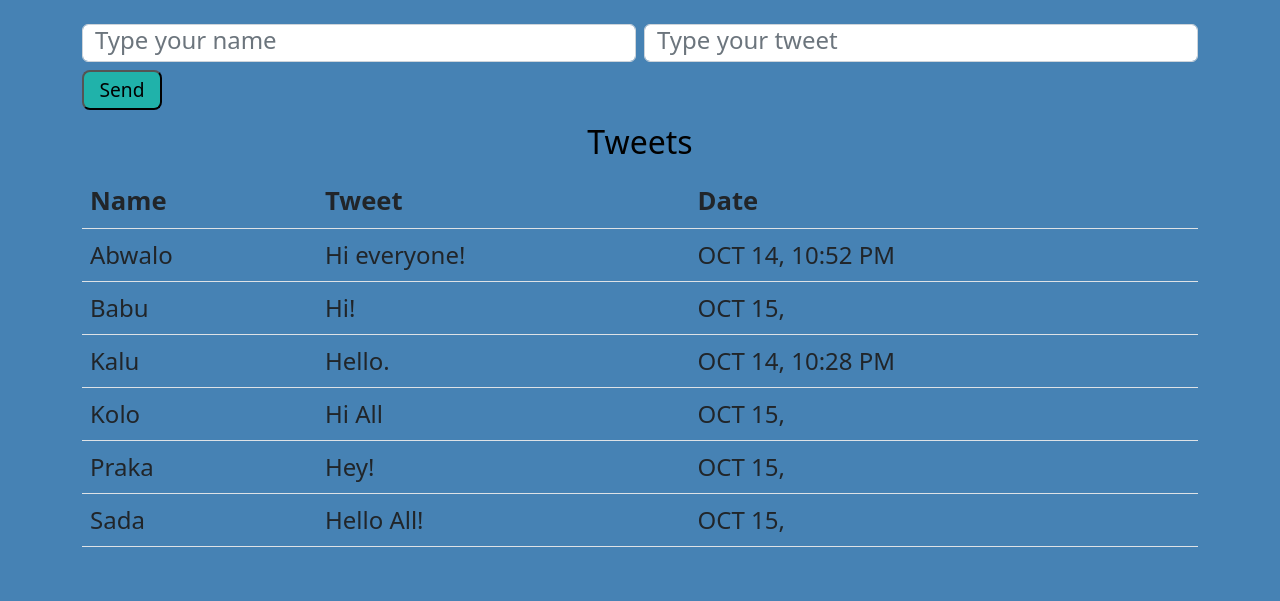
Repository: ShindanoSingi/poor-man-tweeter
Page: http://localhost/
An editor plug-in stored every save of this project. The page is shown before and after the next save, followed by the edit.
The browser window is 1280 px wide. The pictures show the whole page.
Some web libraries are served in a nearby version. The page is served by the project's application, run on Django 4.2 (poormantweeter/manage.py). The page reads the database file committed with the project.

Above is the page before, as saved 2022-10-14 19:58:57.

After the next save:
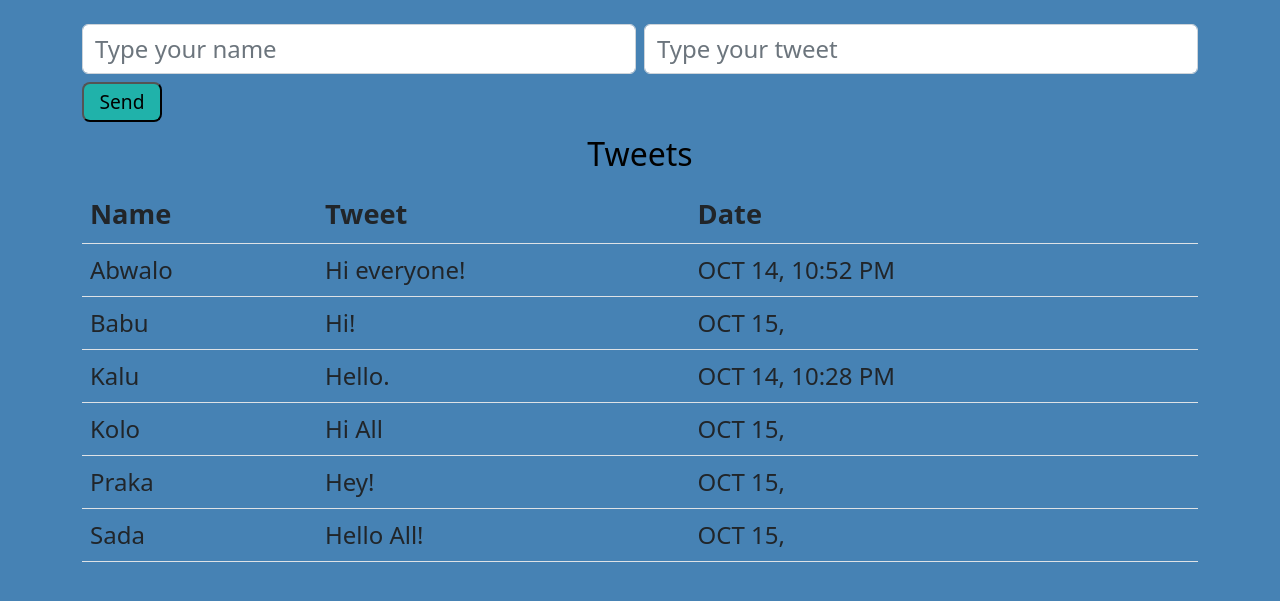
Saved 5 min 37 s later.
--- a/poormantweeter/poormantweeterapp/templates/poormantweeterapp/index.html
+++ b/poormantweeter/poormantweeterapp/templates/poormantweeterapp/index.html
@@ -269,31 +269,33 @@
     }
   }
 
-  @media (min-width: 768px) {
-
-    .title{
-      font-size: 2rem;
-      text-align: center;
-      color: black;
-    }
-
-    input::placeholder{
-      font-size: 1.5rem;
-    }
-
-    .container {
-      margin: 0 auto;
-    }
-
+@media (min-width: 768px) {
+
+  .title{
+    font-size: 2rem;
+    text-align: center;
+    color: black;
+  }
+
+  input::placeholder{
+    font-size: 1.5rem;
+  }
+
+  .container {
+    margin: 0 auto;
+  }
+
+{% comment %}  {% endcomment %}
   th{
     font-size: 1.6rem;
   }
 
+{% comment %}  {% endcomment %}
   td{
     font-size: 1.5rem;
   }
 
-  // The send button
+{% comment %} The send button {% endcomment %}
   .submit-button{
     width: 6rem;
     height: 3rem;
@@ -302,12 +304,12 @@
     font-size: 1.5rem;
   }
 
-  // The place holder text
+{% comment %} The place holder text {% endcomment %}
   input[type='text']{
     font-size: 1.2rem;
   }
 
-  // The input box for tweet
+{% comment %} The input box for tweet {% endcomment %}
   #body_text::placeholder{
     font-size: 1.5rem;
     background-color
@@ -319,29 +321,29 @@
 
 @media (min-width: 1024px) {
 
-  // Tweet title
+{% comment %} Tweet title {% endcomment %}
   .title{
     font-size: 2rem;
     text-align: center;
     color: black;
   }
 
-  // div containing all element in the body
+{% comment %} div containing all element in the body {% endcomment %}
   .container {
     margin: 0 auto;
   }
 
-  // The header
+{% comment %} The header {% endcomment %}
 th{
   font-size: 1.7rem;
 }
 
-// Table data
+{% comment %} Table data {% endcomment %}
 td{
   font-size: 1.5rem;
 }
 
-
+{% comment %} The send button {% endcomment %}
 .submit-button{
   width: 5rem;
   height: 2.5rem;
@@ -351,12 +353,12 @@ td{
   margin: 0 auto;
 }
 
-// The place holder text
+{% comment %} The place holder text {% endcomment %}
 input[type='text']{
   font-size: 1.5rem;
 }
 
-// The input box for tweet
+{% comment %} The input box for tweet  {% endcomment %}
 #body_text::placeholder{
   font-size: 1.5rem;
   background-color
